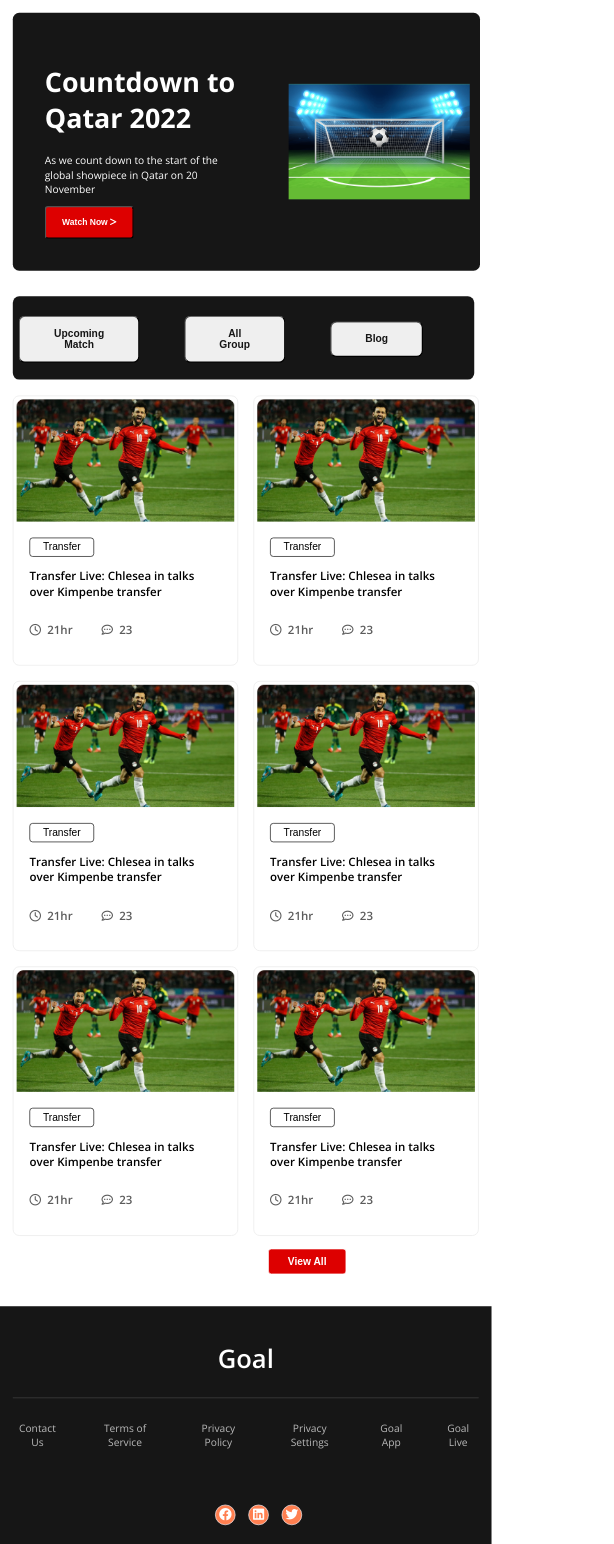
Repository: zjria/Qatar-world-cup
Page: index.html
An editor plug-in stored every save of this project. The page is shown before and after the next save, followed by the edit.
The browser window is 768 px wide. The page is 960 px wide, so the pictures cover 960 px, including what lies to the right of the window. The pictures show the whole page, at 64% of full size.

Above is the page before, as saved 2022-09-11 20:41:37.

### index.html
<!DOCTYPE html>
<html lang="en">

<head>
    <meta charset="UTF-8">
    <meta http-equiv="X-UA-Compatible" content="IE=edge">
    <meta name="viewport" content="width=device-width, initial-scale=1.0">
    <title>QATAR WORLD CUP</title>
    <!-- Font Awesome CDN Link -->
    <link rel="stylesheet" href="https://cdnjs.cloudflare.com/ajax/libs/font-awesome/6.2.0/css/all.min.css"
        integrity="sha512-xh6O/CkQoPOWDdYTDqeRdPCVd1SpvCA9XXcUnZS2FmJNp1coAFzvtCN9BmamE+4aHK8yyUHUSCcJHgXloTyT2A=="
        crossorigin="anonymous" referrerpolicy="no-referrer" />
    <!-- Font Awesome CDN Link -->
    <link rel="stylesheet" href="https://cdnjs.cloudflare.com/ajax/libs/font-awesome/6.2.0/css/all.min.css"
        integrity="sha512-xh6O/CkQoPOWDdYTDqeRdPCVd1SpvCA9XXcUnZS2FmJNp1coAFzvtCN9BmamE+4aHK8yyUHUSCcJHgXloTyT2A=="
        crossorigin="anonymous" referrerpolicy="no-referrer" />
    <!-- Custom CSS -->
    <link rel="stylesheet" href="style.css">

</head>

<body>
    <!-- <h1 style="text-align:center;">Allahu Akber</h1> -->


    <!-- Header Section -->
    <header class="header-container">

        <div class="header-text">
            <h1>Countdown to Qatar 2022</h1>
            <p>As we count down to the start of the global showpiece in Qatar on 20 November</p>
            <button>Watch Now <i class="fa-solid fa-greater-than"></i> </button>
        </div>

        <div class="header-img">
            <marquee behavior="alternate" scrollamount="0" direction="">
                <marquee behavior="alternate" scrollamount="0" direction="">
                    <img src="images/Ball.png" class="ball" alt="">
                </marquee>
            </marquee>
        </div>
    </header>


    <!-- Nav Section start HTML -->
    <div class="nav-container">
        <nav class="nav-section">
            <div class="all-button">
                <button><a href="match.html">Upcoming Match</a></button>
                <button><a href="#">All Group</a></button>
                <button><a href="index.html">Blog</a></button>
            </div>
        </nav>

        <!-- Main Section Start HTML  -->
        <main class="main-section">
            <div class="transfer">
                <img src="images/Blog Image.png" alt=""> <br>
                <div class="button-text">
                    <button>Transfer</button>
                    <p>Transfer Live: Chlesea in talks over Kimpenbe transfer</p>
                    <div class="icons">
                        <p><i class="fa-regular fa-clock"></i> <span>21hr</span></p>
                        <p><i class="fa-regular fa-comment-dots"></i> <span> 23</span></p>
                    </div>
                </div>
            </div>
            <div class="transfer">
                <img src="images/Blog Image.png" alt=""> <br>
                <div class="button-text">
                    <button>Transfer</button>
                    <p>Transfer Live: Chlesea in talks over Kimpenbe transfer</p>
                    <div class="icons">
                        <p><i class="fa-regular fa-clock"></i> <span>21hr</span></p>
                        <p><i class="fa-regular fa-comment-dots"></i> <span> 23</span></p>
                    </div>
                </div>
            </div>
            <div class="transfer">
                <img src="images/Blog Image.png" alt=""> <br>
                <div class="button-text">
                    <button>Transfer</button>
                    <p>Transfer Live: Chlesea in talks over Kimpenbe transfer</p>
                    <div class="icons">
                        <p><i class="fa-regular fa-clock"></i> <span>21hr</span></p>
                        <p><i class="fa-regular fa-comment-dots"></i> <span> 23</span></p>
                    </div>
                </div>
            </div>
            <div class="transfer">
                <img src="images/Blog Image.png" alt=""> <br>
                <div class="button-text">
                    <button>Transfer</button>
                    <p>Transfer Live: Chlesea in talks over Kimpenbe transfer</p>
                    <div class="icons">
                        <p><i class="fa-regular fa-clock"></i> <span>21hr</span></p>
                        <p><i class="fa-regular fa-comment-dots"></i> <span> 23</span></p>
                    </div>
                </div>
            </div>
            <div class="transfer">
                <img src="images/Blog Image.png" alt=""> <br>
                <div class="button-text">
                    <button>Transfer</button>
                    <p>Transfer Live: Chlesea in talks over Kimpenbe transfer</p>
                    <div class="icons">
                        <p><i class="fa-regular fa-clock"></i> <span>21hr</span></p>
                        <p><i class="fa-regular fa-comment-dots"></i> <span> 23</span></p>
                    </div>
                </div>
            </div>
            <div class="transfer">
                <img src="images/Blog Image.png" alt=""> <br>
                <div class="button-text">
                    <button>Transfer</button>
                    <p>Transfer Live: Chlesea in talks over Kimpenbe transfer</p>
                    <div class="icons">
                        <p><i class="fa-regular fa-clock"></i> <span>21hr</span></p>
                        <p><i class="fa-regular fa-comment-dots"></i> <span> 23</span></p>
                    </div>
                </div>
            </div>
        </main>
    </div>

    <!-- Only Table -->
    <div class="view-all">
        <Button>View All</Button>
    </div>

    <!-- Footer Section start -->
    <div class="footer-container">
        <div class="footer">
            <h2>Goal</h2>
            <hr>
            <div class="footer-text">
                <ul>
                    <li>Contact Us</li>
                    <li>Terms of Service</li>
                    <li>Privacy Policy</li>
                    <li>Privacy Settings</li>
                    <li>Goal App</li>
                    <li>Goal Live</li>
                </ul>
            </div>
        </div>
        <!-- Social Icons start -->
        <div class="social-icons">
            <ul>
                <li><a href="https://web.facebook.com/profile.php?id=100010388645936"><i
                            class="fa-brands fa-facebook"></i></a></li>
                <li><a href="https://www.linkedin.com/in/web-developer-zj/"><i class="fa-brands fa-linkedin"></i></a>
                </li>
                <li><a href="https://twitter.com/webdeveloper_zj"><i class="fa-brands fa-twitter"></i></a></li>
            </ul>
        </div>
    </div>
</body>

</html>

### style.css
/* Google Fonts Link */
@import url('https://fonts.googleapis.com/css2?family=Open+Sans:wght@300;400;500;600;700&family=Poppins:wght@500&family=Roboto:wght@100;300;400;500;700;900&display=swap');

body {
    font-family: 'Open Sans', sans-serif;
    margin: 0%;
    padding: 0%;
    background-color: white;
}

/* Header Section */

.header-container {
    display: flex;
    border-radius: 10px;
    margin-bottom: 130px;
    margin: 20px;
    background: #161616;
}

.header-container .header-text {
    color: #FFFFFF;
    padding: 50px;
    width: 50%;

}

.header-container .header-text h1 {
    font-size: 42px;
    bottom: 20px;
}

.header-container .header-text p {
    font-size: 16px;
}

.header-container .header-text button {
    background: #DD0000;
    border-radius: 5px;
    padding: 16px 25px;
    color: white;
    font-weight: 700;
}

.header-img {
    background: url(images/goal-bar.png);
    background-repeat: no-repeat;
    background-position: center;
    background-size: 90%;
    width: 50%;
}

.header-img .ball {
    justify-content: center;
    align-items: center;
    margin: 0 auto;
    display: flex;
    margin-top: 54%;
}

.header-img img {
    width: 10%;
}

.ball {
    transition: transform 0.3s ease-out;
}

.header-img:hover .ball {
    transform: rotate(90deg);
    transform: translate(280px, -50%);
    padding-top: -60px;
    transform: scale(0.5) translate(-100%, -100%) rotate(0.5turn);

}


/* Nav Section Start */

.nav-container {
    display: flex;
    margin: 20px;
    flex-direction: row;
}

.nav-section {
    background: #161616;
    border-radius: 10px;
    margin-right: 24px;
    height: 300px;
    width: 312px;
}

.all-button {
    display: flex;
    flex-direction: column;
    margin: 30px 30px 0px 30px;
}

.all-button button {
    padding: 17px;
    margin-bottom: 20px;
    border-radius: 10px;
    font-weight: 700;
    font-size: 16px;
}

.all-button button a {
    text-decoration: none;
    color: #161616;
}

.all-button button:hover {
    background-color: #DD0000;
    color: white;
}

/* Main Section */
.main-section {
    display: grid;
    grid-template-columns: repeat(3, 1fr);
    grid-column-gap: 24px;
    grid-row-gap: 24px;
}

.transfer {
    border: 1px solid #E8E8E8;
    border-radius: 10px;
    padding: 5px;
}

.transfer .match-vs {
    display: flex;
    justify-content: center;
    align-items: center;
    text-align: center;
}

.transfer .match-text {
    justify-content: center;
    align-items: center;
    text-align: center;
}

.transfer span {
    padding: 0 5px;
}

.button-text {
    padding: 20px;
}

.button-text button {
    padding: 5px 20px;
    border: 1px solid;
    border-radius: 5px;
    font-size: 16px;
    background-color: white;
}

.button-text p {
    font-size: 18px;
    font-weight: 600;
}

.match-vs #img-style {
    width: 40%;
}

.transfer img {
    width: 100%;
}

.icons {
    display: flex;
    color: rgba(22, 22, 22, 0.7);
    font-size: 16px;
}

.icons p {
    margin-right: 40px;
}

/* Only Table */
.view-all {
    display: flex;
    justify-content: center;
    margin: 0 auto;
    margin-right: -25%;
}

.view-all button {
    padding: 10px 30px;
    border: 1px solid;
    border-radius: 5px;
    font-size: 16px;
    color: white;
    background-color: #DD0000;
    font-weight: 700;
}



/* Footer Container style start */
.footer-container {
    width: 100%;
    background: #161616;
    margin-top: 50px;
}

.footer hr {
    border: 1px solid rgba(255, 255, 255, 0.1);

}

.footer {
    text-align: center;
    justify-content: center;
    align-items: center;
    margin: 0 auto;
    padding: 20px 0px;
}

.footer hr {
    margin: 0px 20px;
}

.footer-container h2 {
    color: #FFFFFF;
    font-weight: 600;
    font-size: 40px;

}

.footer-container .footer-text {
    color: #FFFFFF;
    text-align: center;
    justify-content: center;
    align-items: center;

}

.footer-container .footer-text ul {
    display: flex;
    text-align: center;
    justify-content: center;
    align-items: center;
    /* margin: 0px 20px; */
    padding: 0px;
}

.footer-container .footer-text ul li {
    text-decoration: none;
    list-style: none;
    margin: 20px 20px;
    color: #B9B9B9;
    font-size: 16px;
}

/* Social Icons style start */
.social-icons {
    color: white;
    font-size: 20px;
    margin: 0 auto;
    text-align: center;
    justify-content: center;
    align-items: center;
    display: flex;
}

.social-icons ul {
    display: flex;
}

.social-icons ul li {
    background-color: coral;
    border-radius: 50%;
    width: 30px;
    height: 30px;
    border: 1px solid ghostwhite;
    list-style: none;
    margin: 10px;

}

.social-icons ul li a {
    color: white;
}

/* Mobile Responsive Style */

@media only screen and (max-width: 688px) {

    .header-container .header-text h1 {
        font-size: 31px;
        bottom: 20px;
    }

    .header-container {
        flex-direction: column;
        text-align: center;
        align-items: center;
        width: 95%;
    }

    .header-img .ball {
        justify-content: center;
        align-items: center;
        margin: 0 auto;
        display: flex;
        margin-top: 31%;
    }

    .header-img {
        background-size: 80%;
        width: 115%;
        padding: 50px 0px;
    }

    .all-button {
        display: flex;
        flex-direction: row;
        margin: 0px 0px 0px 0px;
        align-items: center;
        justify-content: center;
        text-align: center;
    }

    .all-button button {
        padding: 12px;
        margin: 6px;
        border-radius: 7px;
        font-weight: 700;
        font-size: 13px;
    }

    .nav-section {
        background: #161616;
        border-radius: 10px;
        width: 95%;
        height: 55px;
        padding: 20px;
    }

    .nav-container {
        display: flex;
        margin: 20px;
        flex-direction: column;
    }

    .main-section {
        display: grid;
        grid-template-columns: repeat(1, 1fr);
        grid-column-gap: 24px;
        grid-row-gap: 24px;
    }

    .footer-container .footer-text ul {
        display: flex;
        text-align: center;
        justify-content: center;
        align-items: center;
        padding: 0px;
        flex-direction: column;
    }

    .match-vs #img-style {
        width: 35%;
    }

    .view-all {
        display: flex;
        justify-content: center;
        margin: 0 auto;
        margin-right: -25%;
        display: none;
    }
}

/* Tablets Responsive Style */
@media only screen and (min-width: 689px) and (max-width: 992px) {

    .header-container {
        display: flex;
        border-radius: 10px;
        margin-bottom: 130px;
        margin: 20px;
        background: #161616;
        width: 95%;
    }

    .nav-container {
        display: flex;
        margin: 20px;
        flex-direction: column;
        padding-top: 20px;
    }

    .view-all {
        display: flex;
        justify-content: center;
        margin: 0 auto;
        margin-right: -25%;

    }

    .nav-section {
        background: #161616;
        border-radius: 10px;
        margin-right: 24px;
        height: 130px;
        width: 99%;
    }

    .all-button {
        display: flex;
        flex-direction: row;
        margin: 30px 30px 0px 30px;
        align-items: center;
        justify-content: center;
    }

    .all-button button {
        padding: 17px 53px;
        border-radius: 10px;
        font-weight: 700;
        font-size: 16px;
        margin-right: 70px;
    }

    .header-img .ball {
        /* justify-content: center;
        align-items: center;
        margin: 0 auto;
        display: flex; */
        margin-top: 57%;
    }

    .main-section {
        /* display: grid;
        grid-column-gap: 24px;
        grid-row-gap: 24px; */
        grid-template-columns: repeat(2, 1fr);
        margin-top: 25px;
    }
}

After the next save:
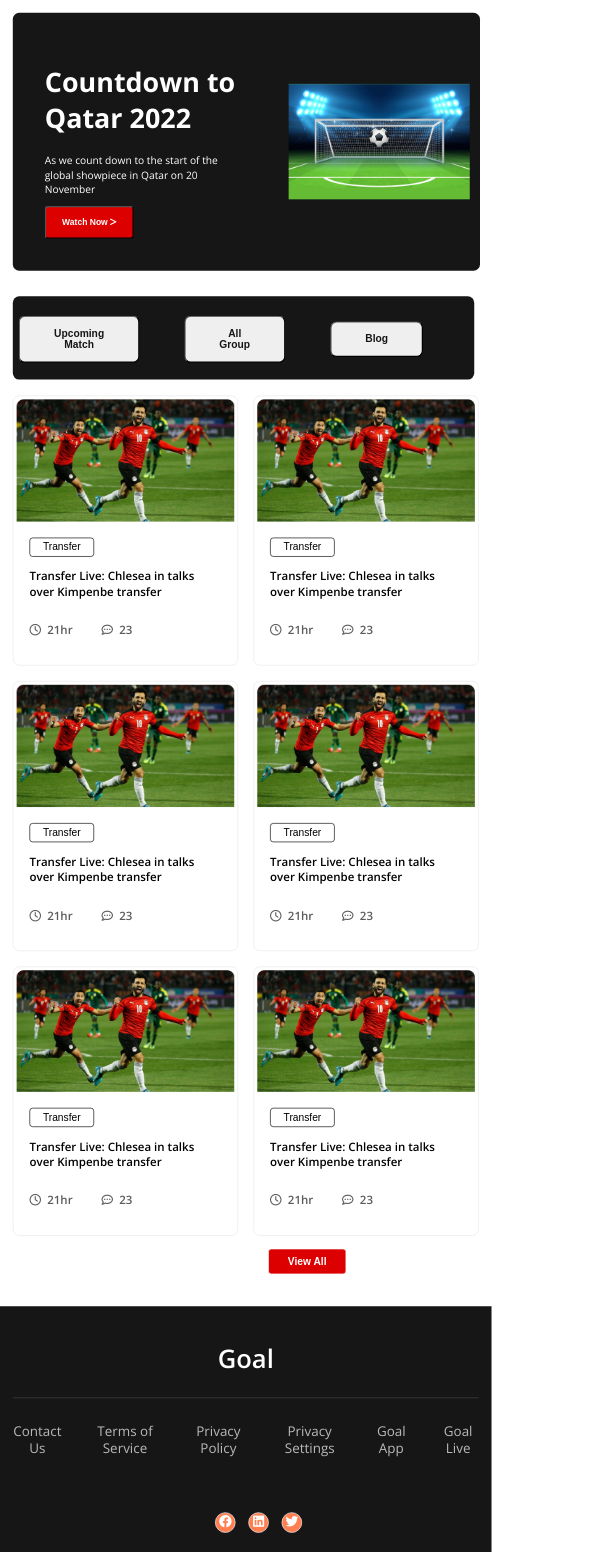
Saved 2 min 41 s later.
--- a/style.css
+++ b/style.css
@@ -443,4 +443,12 @@
         grid-template-columns: repeat(2, 1fr);
         margin-top: 25px;
     }
-}
+
+    .footer-container .footer-text ul li {
+        text-decoration: none;
+        list-style: none;
+        margin: 20px 20px;
+        color: #B9B9B9;
+        font-size: 21px;
+    }
+}
